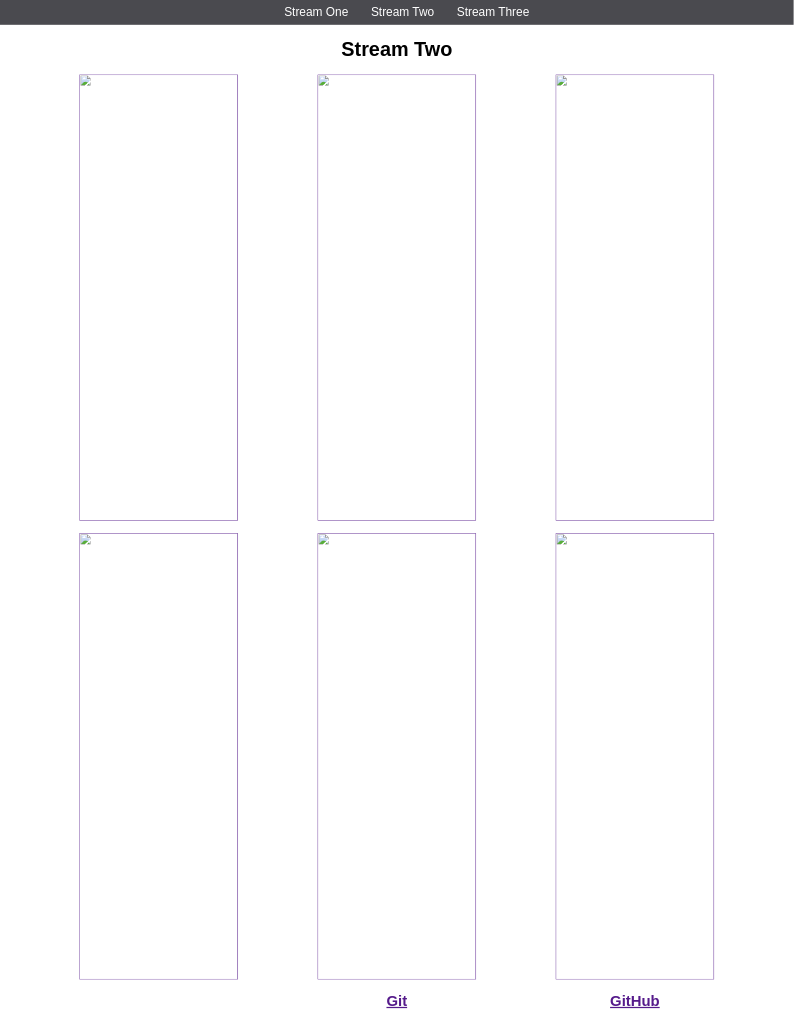
Repository: 1208kelly/my-first-website-aws
Page: stream-two.html
The author's editor kept a record of every edit. The page is drawn from the files as they stood at one moment, then again after the next edit.
The browser window is 1280 px wide. The pictures show the whole page, at 62% of full size.

Above is the page before.

### stream-two.html
<html>
    <head>
        <title>Hello World</title>
        <link rel="stylesheet" href="CSS/style.css" type="text/css" />
    </head>

    <body>
        <nav>
            <ul>
                <li><a href="stream-one.html">Stream One</a></li>
                <li><a href="stream-two.html">Stream Two</a></li>
                <li><a href="stream-three.html">Stream Three</a></li>
            </ul>
        </nav>
        <h1>Stream Two</h1>
        <div class='card'>
            <a href="">
                <img src="" />
                <h2></h2>
            </a>
        </div>
        <div class='card'>
            <a href="">
                <img src="" />
                <h2></h2>
            </a>
        </div>
        <div class='card'>
            <a href="">
                <img src="" />
                <h2></h2>
            </a>
        </div>
        <div class='card'>
            <a href="">
                <img src="" />
                <h2></h2>
            </a>
        </div>
        <div class='card'>
            <a href="">
                <img src="" />
                <h2>Git</h2>
            </a>
        </div>
        <div class='card'>
            <a href="">
                <img src="" />
                <h2>GitHub</h2>
            </a>
        </div>
    </body>
</html>

### CSS/style.css
body {
    margin: 0;
    padding: 0;
    font-family: 'Oswald', sans-serif;
}

nav ul {
    list-style: none;
    background-color: #4a4a4f;
    text-align: center;
    margin: 0;
    padding: 0;
}

nav li {
    font-size: 1.2em;
    line-height: 40px;
    height: 40px;
    display: inline-block;
    margin-left: 2.5%;
}

nav a {
    text-decoration: none;
    color: #ffffff;
    display: block;
}

nav a:hover {
    background-color: #ffffff;
    color: #4a4a4f;
}
.card {
    float: left;
    width: 20%;
    margin-left: 10%;
}

.card a {
    text-align: center;
}

img {
    width: 100%;
}

h1 {
    text-align: center;

}

After the next edit:
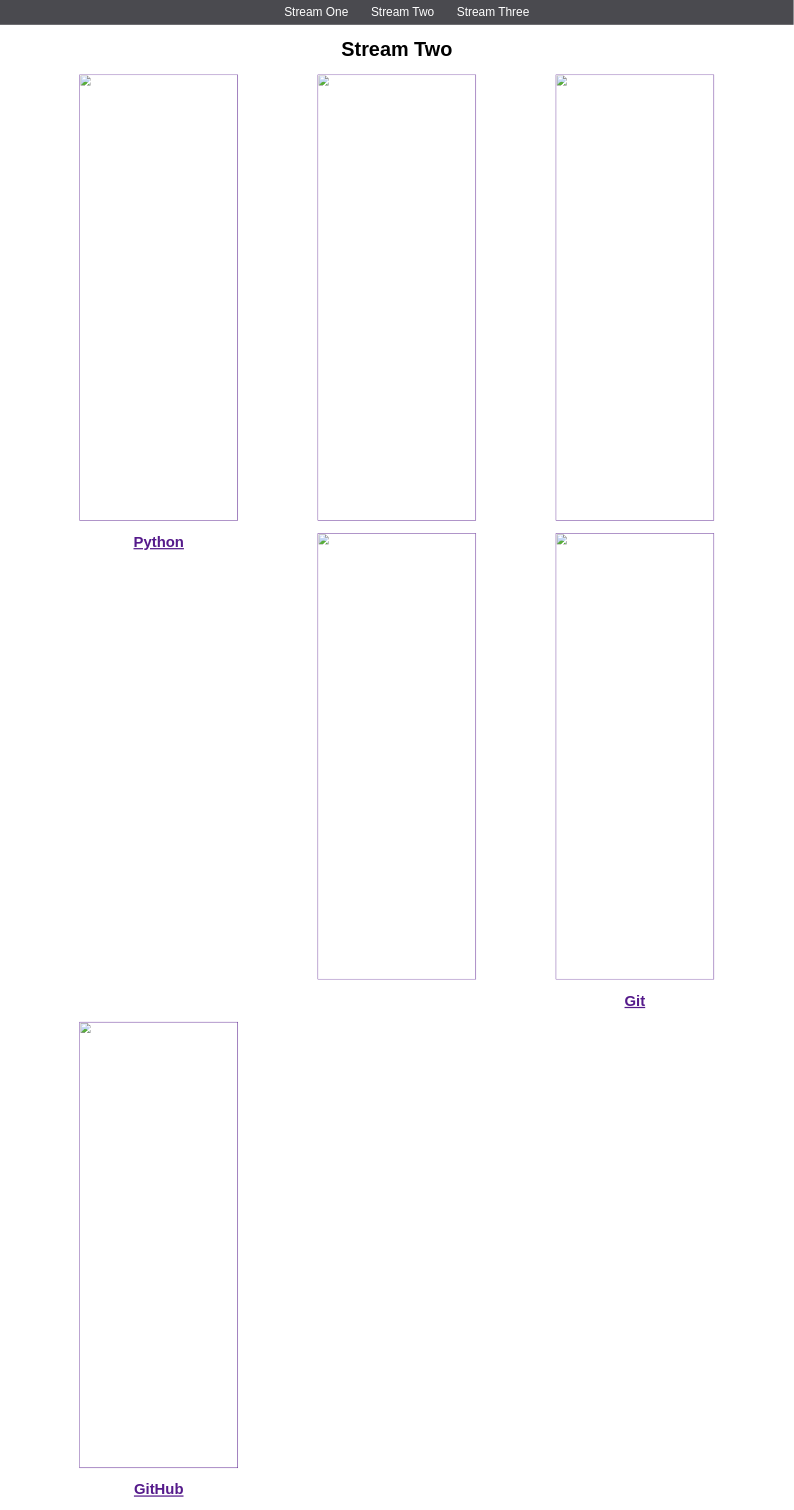
The edit:
--- a/stream-two.html
+++ b/stream-two.html
@@ -16,7 +16,7 @@
         <div class='card'>
             <a href="">
                 <img src="" />
-                <h2></h2>
+                <h2>Python</h2>
             </a>
         </div>
         <div class='card'>
